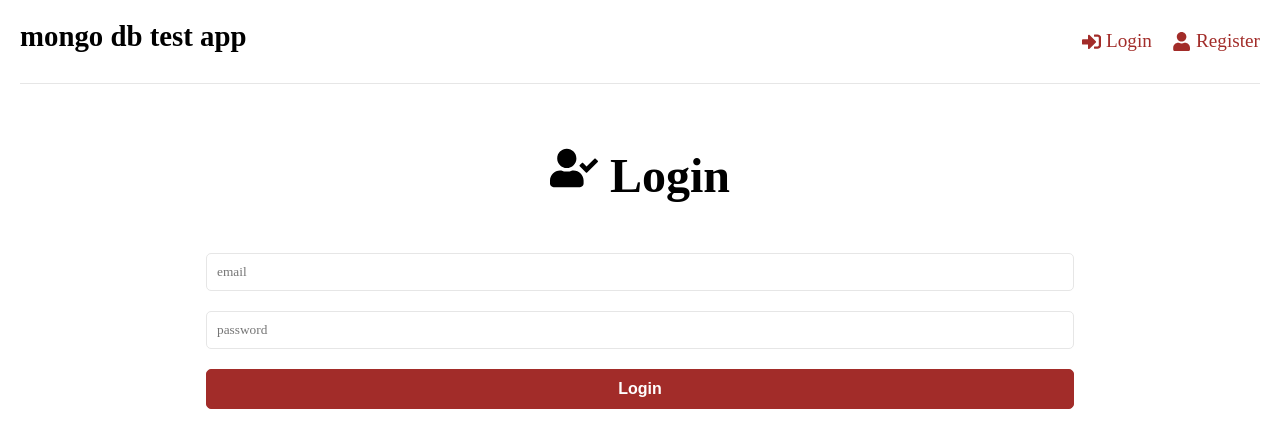
Repository: halilhaninan/MERNSTACK-Note-App
Page: / (app in frontend/)
These files come from the project's save history. The page is drawn as it stood at one moment and after a run of saves; the edit follows.
The browser window is 1280 px wide. The pictures show the whole page.
The project was rebuilt for these pictures with package versions that can differ from the ones it lists, and the page was loaded fresh each time. Also part of the build but not shown: frontend/src/Components/Spinner.jsx, frontend/src/Components/Not.jsx, frontend/src/pages/Register.jsx, frontend/src/features/counter/counterSlice.js, frontend/src/features/counter/counter.js, frontend/src/App.css.

Above is the page before, as saved 2022-09-03 10:49:28.

### frontend/src/index.js
import React from "react";
import ReactDOM from "react-dom";
import "./index.css";
import App from "./App";

import { store } from "./app/store";
import { Provider } from "react-redux";

// import { createStore } from "redux";
// import { Provider } from "react-redux";
// import butunRreducerler from "./reducers";

// const hesapla = (state = 0, action) => {
//   switch (action.type) {
//     case "topla":
//       return state + 1;
//     case "cikar":
//       return state - 1;
//     default:
//       return state;
//   }
// };

// let store = createStore(
//   butunRreducerler,
//   window.__REDUX_DEVTOOLS_EXTENSION__ && window.__REDUX_DEVTOOLS_EXTENSION__()
// );

// store.subscribe(() => console.log(store.getState()));
//const root = ReactDOM.createRoot(document.getElementById("root"));
ReactDOM.render(
  <Provider store={store}>
    <App />
  </Provider>,
  document.getElementById("root")
);

// If you want to start measuring performance in your app, pass a function
// to log results (for example: reportWebVitals(console.log))
// or send to an analytics endpoint. Learn more: https://bit.ly/CRA-vitals

### frontend/src/index.css
@import url("https://fonts.googleapis.com/css2?family=Lobster&display=swap");

* {
  margin: 0;
  padding: 0;
  box-sizing: border-box;
}

body {
font-family:
  height: 100vh;
  font-size: larger;
}

a {
  text-decoration: none;
  color: #000;
}

p {
  line-height: 1.7;
}

ul {
  list-style: none;
}

li {
  line-height: 2.2;
}

h1,
h2,
h3 {
  font-weight: 600;
  margin-bottom: 10px;
}

.container {
  width: 100%;
  max-width: 1500px;
  margin: 0 auto;
  padding: 0 20px;
  text-align: center;
}

.header {
  display: flex;
  justify-content: space-between;
  align-items: center;
  padding: 20px 0;
  border-bottom: 1px solid #e6e6e6;
  margin-bottom: 60px;
}

.header ul {
  display: flex;
  align-items: center;
  justify-content: space-between;
}

.header ul li {
  margin-left: 20px;
}

.header ul li a {
  display: flex;
  align-items: center;
  color: #a22c29;
}

.header ul li a:hover {
  color: #f27059;
}

.header ul li a svg {
  margin-right: 5px;
}

.heading {
  font-size: 2rem;
  font-weight: 700;
  margin-bottom: 50px;
  padding: 0 20px;
}

.heading p {
  color: #828282;
}

.notlar {
  display: grid;
  grid-template-columns: repeat(3, 1fr);
  gap: 10px;
}

.not {
  background-color: #f4f4f4;
  margin: 10px 0;
  padding: 20px 0 10px;
  position: relative;
}

.not .close {
  position: absolute;
  top: 10px;
  right: 15px;
  cursor: pointer;
  border: none;
  background: none;
}

.form,
.content {
  width: 70%;
  margin: 0 auto;
}

.form-group {
  margin-bottom: 10px;
}

.form-group input,
.form-group textarea,
.form-group select {
  width: 100%;
  padding: 10px;
  border: 1px solid #e6e6e6;
  border-radius: 5px;
  margin-bottom: 10px;
  font-family: inherit;
}

.form-group label {
  text-align: left;
  display: block;
  margin: 0 0 5px 3px;
}

.btn {
  padding: 10px 20px;
  border: 1px solid #a22c29;
  border-radius: 5px;
  background: #a22c29;
  color: #fff;
  font-size: 16px;
  font-weight: 700;
  cursor: pointer;
  text-align: center;
  appearance: button;
  display: flex;
  align-items: center;
  justify-content: center;
}

.btn svg {
  margin-right: 8px;
}

.btn-reverse {
  background: #fff;
  color: #000;
}

.btn-block {
  width: 100%;
  margin-bottom: 20px;
}

.btn-add {
  background: #34a0a4 !important;
  border: 1px solid #34a0a4;
}

.btn:hover {
  transform: scale(0.98);
}

.loadingSpinnerContainer {
  position: fixed;
  top: 0;
  right: 0;
  bottom: 0;
  left: 0;
  background-color: rgba(0, 0, 0, 0.5);
  z-index: 5000;
  display: flex;
  justify-content: center;
  align-items: center;
}

.loadingSpinner {
  width: 64px;
  height: 64px;
  border: 8px solid;
  border-color: #000 transparent #555 transparent;
  border-radius: 50%;
  animation: spin 1.2s linear infinite;
}

@keyframes spin {
  0% {
    transform: rotate(0deg);
  }
  100% {
    transform: rotate(360deg);
  }
}

@media (max-width: 960px) {
  .notlar {
    grid-template-columns: repeat(2, 1fr);
  }
}

@media (max-width: 600px) {
  .form {
    width: 90%;
  }

  .heading h1 {
    font-size: 2rem;
  }

  .heading p {
    font-size: 1.5rem;
  }

  .notlar {
    grid-template-columns: repeat(1, 1fr);
  }
}

### frontend/src/App.js
import { BrowserRouter as Router, Routes, Route } from "react-router-dom";
import Header from "./Components/Header";
import Dashboard from "./pages/Dashboard";
import Login from "./pages/Login";
import Register from "./pages/Register";

// import { useSelector, useDispatch } from "react-redux";
// import { girisYap, topla, cikar } from "./actions";

import { ToastContainer } from "react-toastify";
import "react-toastify/dist/ReactToastify.css";
import Counter from "./features/counter/counter";
import "./App.css";

function App() {
  // return (
  //   <div>
  //     <Counter />
  //   </div>
  // );
  return (
    <>
      <Router>
        <div className="container">
          <Header></Header>
          <Routes>
            <Route path="/" element={<Dashboard />} />
            <Route path="/register" element={<Register />} />
            <Route path="/login" element={<Login />} />
          </Routes>
        </div>
      </Router>
      <ToastContainer />
    </>
  );
  //
  //
  //
  // const giris = useSelector((state) => state.giris);
  // const hesapla = useSelector((state) => state.hesapla);
  // const dispatch = useDispatch();
  // return (
  //   <div className="app">
  //     {giris ? (
  //       <>
  //         {hesapla}
  //         <button onClick={() => dispatch(topla())}>+</button>
  //         <button onClick={() => dispatch(cikar())}>-</button>
  //       </>
  //     ) : (
  //       <>
  //         <h3>please sign in</h3>
  //         <button onClick={() => dispatch(girisYap())}>sign in</button>
  //       </>
  //     )}
  //   </div>
  // );
}

export default App;

### frontend/src/app/store.js
import { configureStore } from "@reduxjs/toolkit";

import authReducer from "../features/auth/authSlice";
import notReducer from "../features/data/dataSlice";

export const store = configureStore({
  reducer: {
    auth: authReducer,
    notlar: notReducer,
  },
});

// yeni not olustururken altta olan kod gibi dataslice olustur sonra store.js den import et reducer ile tanimla ++ data service olusturuluyor

// import { createSlice, createAsyncThunk } from "@reduxjs/toolkit";

// const initialState = {
//   notlar: [],
//   isHata: false,
//   isBasari: false,
//   isYkleniyor: false,
//   mesaj: "",
// };

// export const notSlice = createSlice({
//   name: "notlar",
//   initialState,
//   reducers: {
//     reset: (state) => initialState,
//   },
// });

// export const { reset }  = notSlice.actions;
// export default notSlice.reducer;

### frontend/src/Components/Header.jsx
import React from "react";
import { FaSignInAlt, FaSignOutAlt, FaUser, FaPen } from "react-icons/fa";
import { Link, useNavigate } from "react-router-dom";
import { useSelector, useDispatch } from "react-redux";
import { logout, reset } from "../features/auth/authSlice";

function Header() {
  const navigate = useNavigate();
  const dispatch = useDispatch();

  const { kullanici } = useSelector((state) => state.auth);

  const onLogout = () => {
    dispatch(logout());
    dispatch(reset());
    navigate("/login");
  };

  return (
    <header className="header">
      <h2>mongo db test app </h2>
      <div className="logo"></div>
      <ul>
        {kullanici ? (
          <>
            <li>
              <Link to="/">
                <FaPen /> Create Note
              </Link>
            </li>
            <li>
              <button className="btn" onClick={onLogout}>
                Logout{" "}
              </button>
            </li>
          </>
        ) : (
          <>
            <li>
              <Link to="/login">
                <FaSignInAlt /> Login
              </Link>
            </li>
            <li>
              <Link to="/register">
                <FaUser /> Register
              </Link>
            </li>
          </>
        )}
      </ul>
    </header>
  );
}

export default Header;

### frontend/src/pages/Dashboard.jsx
import React, { useEffect } from "react";

import { useNavigate } from "react-router-dom";
import { useSelector, useDispatch } from "react-redux";
import NotForm from "../Components/NotForm";
import { notlarGetir, reset } from "../features/data/dataSlice";
import Spinner from "../Components/Spinner";
import Not from "../Components/Not";

function Dashboard() {
  const navigate = useNavigate();
  const dispatch = useDispatch();
  const { kullanici } = useSelector((state) => state.auth);
  const { notlar, isYukleniyor, isHata, isBasari, mesaj } = useSelector(
    (state) => state.notlar
  );

  useEffect(() => {
    if (isHata) {
      console.log(mesaj);
    }

    if (!kullanici) {
      navigate("/login");
      console.log("halilhan");
    }
    dispatch(notlarGetir());
    return () => {
      dispatch(reset());
    };
  }, [kullanici, navigate, isHata, mesaj, dispatch]);

  if (isYukleniyor) {
    <Spinner />;
  }

  return (
    <>
      <section className="heading">
        <h1>Merhaba {kullanici && kullanici.kullaniciAd}</h1>
        <p>add note</p>
      </section>
      <NotForm />
      <section className="content">
        {notlar.length > 0 ? (
          <div className="notlar">
            {notlar.map((not) => (
              <Not key={not._id} not={not} />
            ))}
          </div>
        ) : (
          <h3>henuz not yerletisrmediniz</h3>
        )}
      </section>
    </>
  );
}

export default Dashboard;

### frontend/src/pages/Login.jsx
import React, { useState, useEffect } from "react";

import { FaUserCheck } from "react-icons/fa";
import { useSelector, useDispatch } from "react-redux";
import { useNavigate } from "react-router-dom";
import { toast } from "react-toastify";
import { login, reset } from "../features/auth/authSlice";
import Spinner from "../Components/Spinner";

function Login() {
  const navigate = useNavigate();
  const dispatch = useDispatch();

  const { kullanici, isHata, isBasari, isYukleniyor, mesaj } = useSelector(
    (state) => state.auth
  );

  const [formData, setFormData] = useState({
    email: "",
    parola: "",
  });

  const { email, parola } = formData;

  const onChange = (e) => {
    setFormData((prev) => ({
      ...prev,
      [e.target.name]: e.target.value,
    }));
  };

  const onSubmit = (e) => {
    e.preventDefault();
    // console.log(formData);

    const userData = { email, parola };
    dispatch(login(userData));
  };

  useEffect(() => {
    if (isHata) {
      toast.error(mesaj);
    }
    if (isBasari || kullanici) {
      navigate("/");
    }
  }, [kullanici, isHata, isBasari, mesaj, navigate, dispatch, isYukleniyor]);

  if (isYukleniyor) {
    <Spinner />;
  }

  return (
    <>
      <section className="heading">
        <h1>
          <FaUserCheck /> Login
        </h1>
      </section>
      <section className="form">
        <form onSubmit={onSubmit}>
          <div className="form-group">
            <input
              type="email"
              classname="form-control"
              id="email"
              name="email"
              value={email}
              placeholder="email"
              onChange={onChange}></input>
          </div>
          <div className="form-group">
            <input
              type="password"
              classname="form-control"
              id="parola"
              name="parola"
              value={parola}
              placeholder="password"
              onChange={onChange}></input>
          </div>

          <div className="form-group">
            <button type="submit" className="btn btn-block">
              Login
            </button>
          </div>
        </form>
      </section>
    </>
  );
}

export default Login;

### frontend/src/features/auth/authSlice.js
import { createAsyncThunk, createSlice } from "@reduxjs/toolkit";
import authService from "./authService";

const kullanici = JSON.parse(localStorage.getItem("kullanici"));

const initialState = {
  kullanici: kullanici ? kullanici : null,
  isHata: false,
  isBasari: false,
  isYukleniyor: false,
  mesaj: "",
};

export const register = createAsyncThunk(
  "auth/register",
  async (user, thunkAPI) => {
    try {
      return await authService.register(user);
    } catch (error) {
      const mesaj =
        (error.response &&
          error.response.data &&
          error.response.data.message) ||
        error.message ||
        error.toString();

      return thunkAPI.rejectWithValue(mesaj);
    }
  }
);

export const authSlice = createSlice({
  name: "auth",
  initialState,
  reducers: {
    reset: (state) => {
      state.isHata = false;
      state.isBasari = false;
      state.isYukleniyor = false;
      state.mesaj = "";
    },
  },
  extraReducers: (builder) => {
    builder
      .addCase(register.pending, (state) => {
        state.isYukleniyor = true;
      })
      .addCase(register.fulfilled, (state, action) => {
        state.isYukleniyor = false;
        state.isBasari = true;
        state.kullanici = action.payload;
      })
      .addCase(register.rejected, (state, action) => {
        state.isYukleniyor = false;
        state.isHata = true;
        state.mesaj = action.payload;
        state.kullanici = null;
      }) //
      .addCase(login.pending, (state) => {
        state.isYukleniyor = true;
      })
      .addCase(login.fulfilled, (state, action) => {
        state.isYukleniyor = false;
        state.isBasari = true;
        state.kullanici = action.payload;
      })
      .addCase(login.rejected, (state, action) => {
        state.isYukleniyor = false;
        state.isHata = true;
        state.mesaj = action.payload;
        state.kullanici = null;
      })
      .addCase(logout.fulfilled, (state) => {
        state.kullanici = null;
      });
  },
});

export const logout = createAsyncThunk("auth/logout", async () => {
  await authService.logout();
});

export const login = createAsyncThunk("auth/login", async (user, thunkAPI) => {
  try {
    return await authService.login(user);
  } catch (error) {
    const mesaj =
      (error.response && error.response.data && error.response.data.message) ||
      error.message ||
      error.toString();

    return thunkAPI.rejectWithValue(mesaj);
  }
});

export const { reset } = authSlice.actions;
export default authSlice.reducer;

### frontend/src/features/data/dataSlice.js
import { createSlice, createAsyncThunk } from "@reduxjs/toolkit";
import thunk from "redux-thunk";
import dataService from "./dataService";

const initialState = {
  notlar: [],
  isHata: false,
  isBasari: false,
  isYukleniyor: false,
  mesaj: "",
};

export const notSlice = createSlice({
  name: "notlar",
  initialState,
  reducers: {
    reset: (state) => initialState,
  },
  extraReducers: (builder) => {
    builder
      .addCase(notOlustur.pending, (state) => {
        state.isYukleniyor = true;
      })
      .addCase(notOlustur.fulfilled, (state, action) => {
        state.isYukleniyor = false;
        state.isBasari = true;
        state.notlar.unshift(action.payload);
      })
      .addCase(notOlustur.rejected, (state, action) => {
        state.isYukleniyor = false;
        state.isHata = true;
        state.isBasari = false;
        state.mesaj = action.payload;
      })
      .addCase(notlarGetir.pending, (state) => {
        state.isYukleniyor = true;
      })
      .addCase(notlarGetir.fulfilled, (state, action) => {
        state.isYukleniyor = false;
        state.isBasari = true;
        state.notlar = action.payload;
      })
      .addCase(notlarGetir.rejected, (state, action) => {
        state.isYukleniyor = false;
        state.isBasari = false;
        state.isHata = true;
        state.mesaj = action.payload;
      })
      .addCase(notSil.pending, (state) => {
        state.isYukleniyor = true;
      })
      .addCase(notSil.fulfilled, (state, action) => {
        state.isYukleniyor = false;
        state.isBasari = true;
        state.notlar = state.notlar.filter(
          (not) => not._id !== action.payload.id
        );
      })
      .addCase(notSil.rejected, (state, action) => {
        state.isYukleniyor = false;
        state.isBasari = false;
        state.isHata = true;
        state.mesaj = action.payload;
      });
  },
});

export const notOlustur = createAsyncThunk(
  "notlar/create",
  async (notData, thunkAPI) => {
    try {
      const token = thunkAPI.getState().auth.kullanici.token;
      return await dataService.notOlustur(notData, token);
    } catch (error) {
      const mesaj =
        (error.response &&
          error.response.data &&
          error.response.data.message) ||
        error.message ||
        error.toString();

      return thunkAPI.rejectWithValue(mesaj);
    }
  }
);

export const notlarGetir = createAsyncThunk(
  "notlar/getAll",
  async (_, thunkAPI) => {
    try {
      const token = thunkAPI.getState().auth.kullanici.token;
      return await dataService.notlarGetir(token);
    } catch (error) {
      const mesaj =
        (error.response &&
          error.response.data &&
          error.response.data.message) ||
        error.message ||
        error.toString();

      return thunkAPI.rejectWithValue(mesaj);
    }
  }
);

export const notSil = createAsyncThunk(
  "notlar/delete",
  async (id, thunkAPI) => {
    try {
      const token = thunkAPI.getState().auth.kullanici.token;
      return await dataService.notSil(id, token);
    } catch (error) {
      const mesaj =
        (error.response &&
          error.response.data &&
          error.response.data.message) ||
        error.message ||
        error.toString();

      return thunkAPI.rejectWithValue(mesaj);
    }
  }
);

export const { reset } = notSlice.actions;
export default notSlice.reducer;

### frontend/src/Components/NotForm.jsx
import React, { useState } from "react";
import { useDispatch } from "react-redux";
import { notOlustur } from "../features/data/dataSlice";

function NotForm() {
  const [baslik, setBaslik] = useState("");
  const [aciklama, setAciklama] = useState("");
  const [oncelik, setOncelik] = useState("");

  const dispatch = useDispatch();

  const onSubmit = (e) => {
    e.preventDefault();
    // console.log(baslik, aciklama, oncelik);
    dispatch(notOlustur({ baslik, aciklama, oncelik }));
    setBaslik("");
    setAciklama("");
    setOncelik(1);
  };

  return (
    <section className="form">
      <form onSubmit={onSubmit}>
        <div className="form-group">
          <label htmlFor="baslik">Not baslik</label>
          <input
            type="text"
            id="baslik"
            name="baslik"
            value={baslik}
            onChange={(e) => setBaslik(e.target.value)}
          />
        </div>
        <div className="form-group">
          <label htmlFor="aciklama">Not aciklama</label>
          <input
            type="text"
            id="aciklama"
            name="aciklama"
            value={aciklama}
            onChange={(e) => setAciklama(e.target.value)}
          />
        </div>
        <div className="form-group">
          <label htmlFor="oncelik">Not oncelik</label>
          <select onChange={(e) => setOncelik(e.target.value)} value={oncelik}>
            <option value="1">Az oncelikli</option>
            <option value="2">oncelikli</option>
            <option value="3">Cok oncelikli</option>
          </select>
        </div>
        <div className="form-group">
          <button type="submit" className="btn btn-block btn-add">
            Not ekle
          </button>
        </div>
      </form>
    </section>
  );
}

export default NotForm;

### frontend/src/features/auth/authService.js
import axios from "axios";

const API_URL = "/api/kullanicilar/";

const register = async (kullaniciData) => {
  const response = await axios.post(API_URL, kullaniciData);

  if (response.data) {
    localStorage.setItem("kullanici", JSON.stringify(response.data));
  }

  return response.data;
};

const logout = () => {
  localStorage.removeItem("kullanici");
};

const login = async (kullaniciData) => {
  const response = await axios.post(API_URL + "login", kullaniciData);
  if (response.data) {
    localStorage.setItem("kullanici", JSON.stringify(response.data));
  }

  return response.data;
};

const authService = {
  register,
  logout,
  login,
};

export default authService;

### frontend/src/features/data/dataService.js
import axios from "axios";

const API_URL = "/api/notlar/";

const notOlustur = async (notData, token) => {
  const config = {
    headers: {
      Authorization: `Bearer ${token}`,
    },
  };
  const response = await axios.post(API_URL, notData, config);

  return response.data;
};

const notlarGetir = async (token) => {
  const config = {
    headers: {
      Authorization: `Bearer ${token}`,
    },
  };
  const response = await axios.get(API_URL, config);
  return response.data;
};

const notSil = async (notId, token) => {
  const config = {
    headers: {
      Authorization: `Bearer ${token}`,
    },
  };

  const response = await axios.delete(API_URL + notId, config);

  return response.data;
};

const dataService = {
  notOlustur,
  notlarGetir,
  notSil,
};

export default dataService;

Loaded but not shown: frontend/public/index.html (common file)

After the next 2 saves:
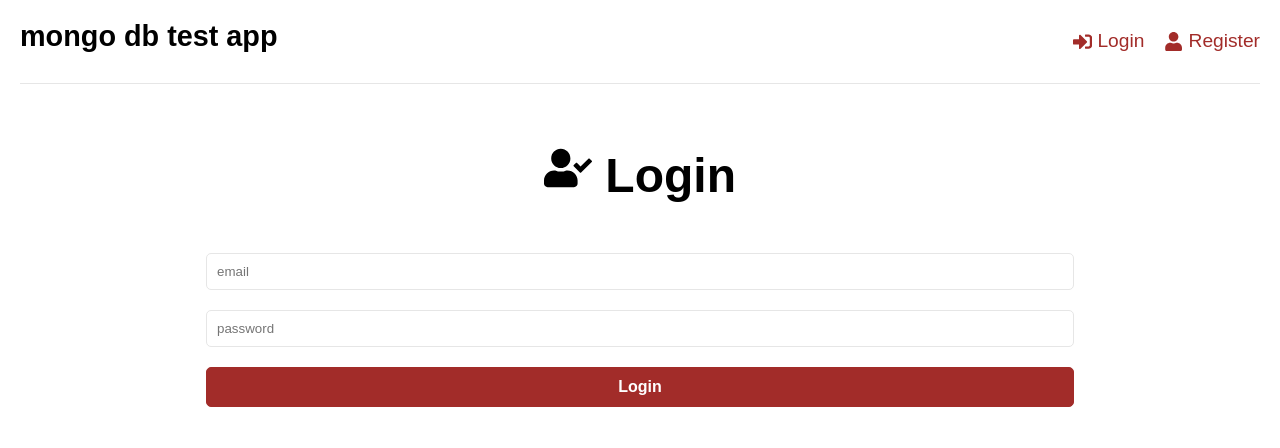
The 2 saves are shown as one change because they came seconds apart.
The last was saved 6 s later.
--- a/frontend/src/index.css
+++ b/frontend/src/index.css
@@ -7,7 +7,7 @@
 }
 
 body {
-font-family:
+  font-family: sans-serif;
   height: 100vh;
   font-size: larger;
 }

After the save that followed:
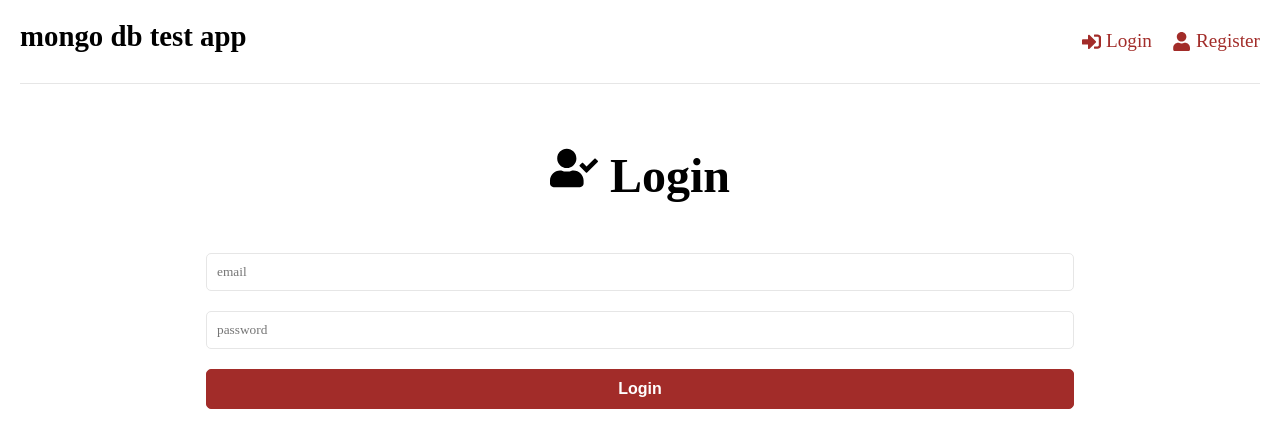
Saved 29 s later.
--- a/frontend/src/index.css
+++ b/frontend/src/index.css
@@ -7,7 +7,7 @@
 }
 
 body {
-  font-family: sans-serif;
+  font-family:
   height: 100vh;
   font-size: larger;
 }
